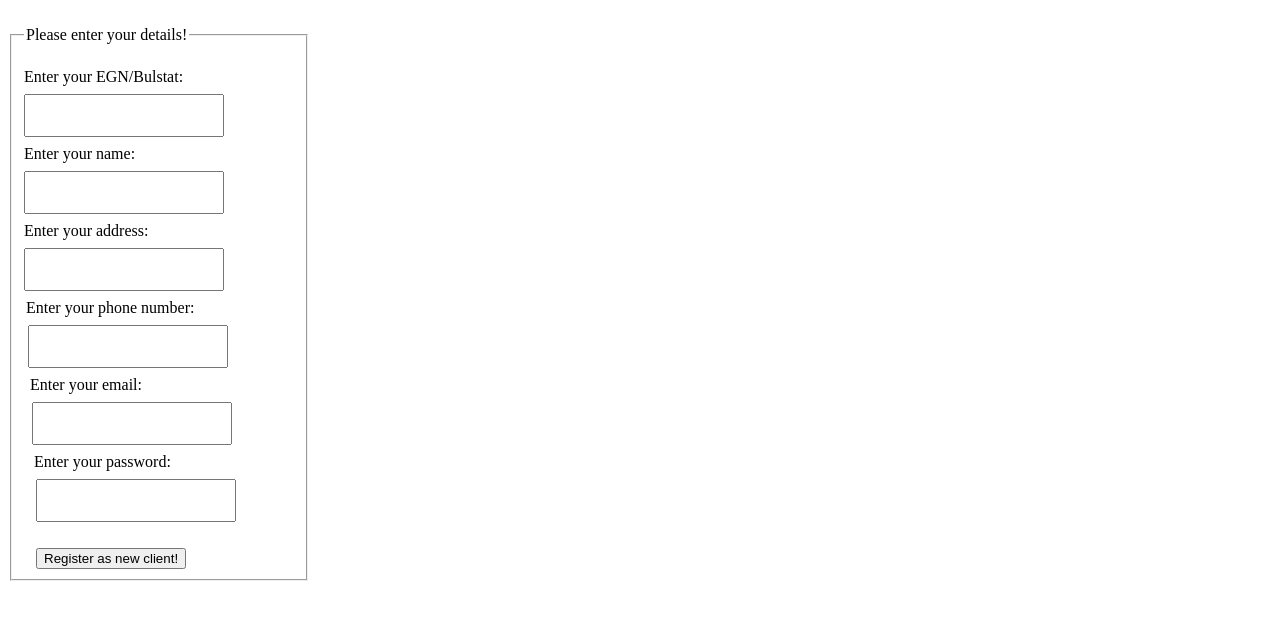
Repository: A-Mitev/E-Banking_Team_Project
Page: http://localhost/FiBank/WEB-INF/views/jsp/Register.jsp
The author's editor kept a copy of each file at every save. The page is drawn from the files as they stood at one save, then again after the next save.
The browser window is 1280 px wide. The pictures show the whole page.
The page is served by Tomcat 9. Nobody is signed in. The template is opened directly, without the code that normally fills it, so the values that code supplies are empty.

Above is the page before, as saved 2016-04-05 20:15:29.

After the next save:
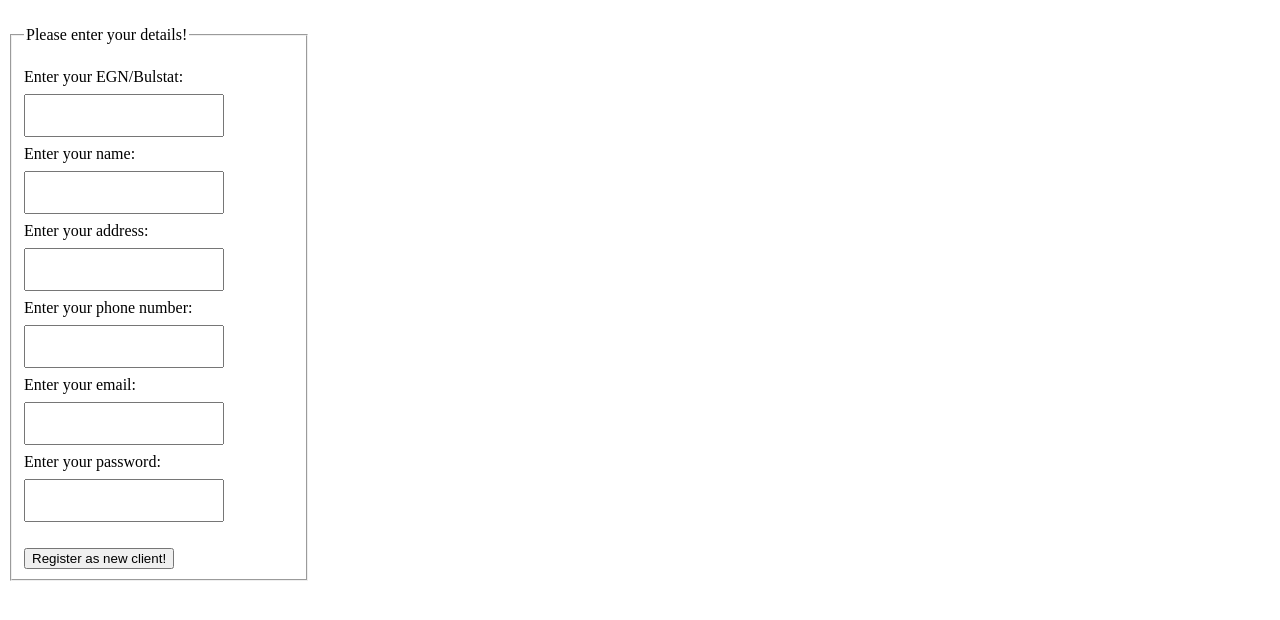
Saved 35 s later.
--- a/FiBank/src/main/webapp/WEB-INF/views/jsp/Register.jsp
+++ b/FiBank/src/main/webapp/WEB-INF/views/jsp/Register.jsp
@@ -33,13 +33,13 @@ input[type=text] {
 		<label>Enter your address:</label>
 		<springForm:input type="text" path="address" />
 		<br />
-		<legend>Enter your phone number:<legend/>
+		<label>Enter your phone number:</label>
 		<springForm:input type="text" path="phone" />
 		<br />
-		<legend>Enter your email:<legend>
+		<label>Enter your email:</label>
 		<springForm:input type="text" path="email" />
 		<br />
-		<legend>Enter your password:<legend>
+		<label>Enter your password:</label>
 		<springForm:input type="text" path="password" />
 		<br />
 		<br />
